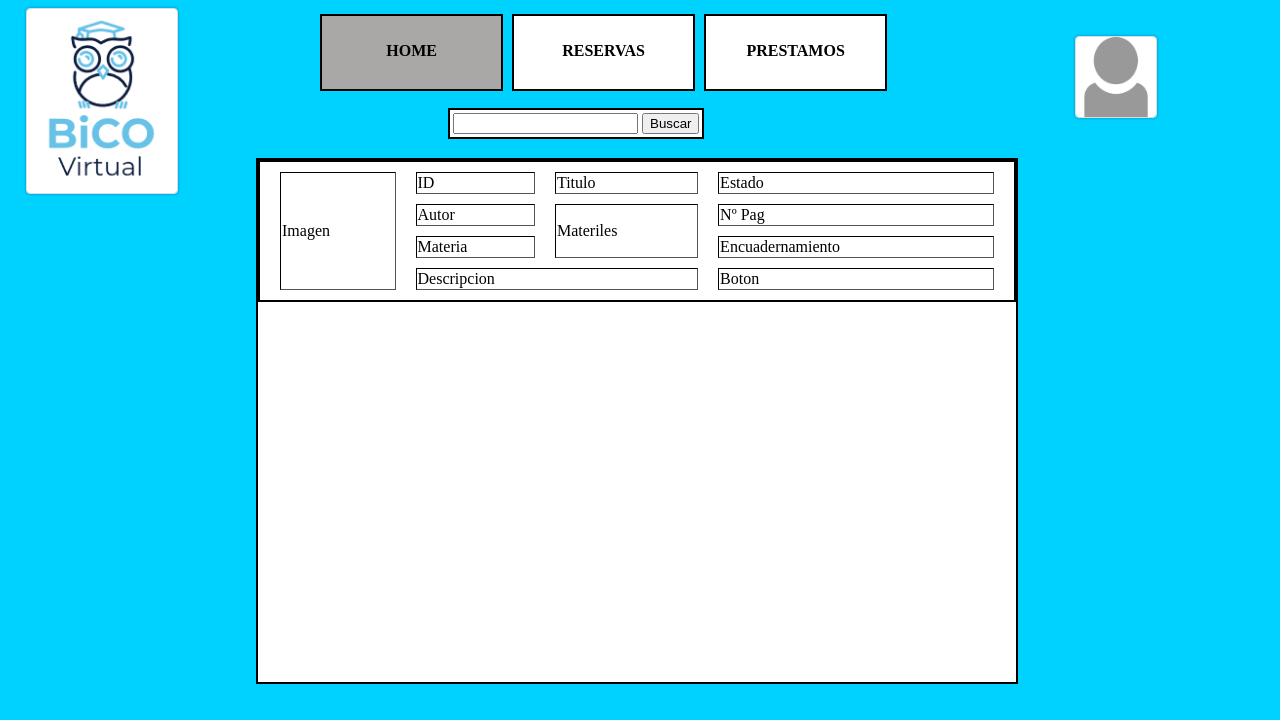
Repository: i72frpeu/IW_Bien
Page: http://localhost/Trabajo_IW/Vistas/Libro.jsp
These files come from the project's save history. The page is drawn as it stood at one moment and after the next save; the edit follows.
The browser window is 1280 px wide. The pictures show the whole page.
The page is served by Tomcat 9. Other server files are loaded and not shown.

Above is the page before, as saved 2020-05-16 18:04:57.

### WorkSpace/Trabajo IW/WebContent/Vistas/Libro.jsp
<%@ page language="java" contentType="text/html; charset=ISO-8859-1" pageEncoding="ISO-8859-1"%>
<%@ include file="../Includes/header.jsp" %>

<!DOCTYPE html>

<html>

<head>
	<meta charset="ISO-8859-1">
	<title>Libro</title>
	<link rel="stylesheet" type="text/css" href="../CSS/header.css">
	<link rel="stylesheet" type="text/css" href="../CSS/wf4.0.css">
</head>

<body>
  <!--Roll de artículos-->

  <div class="buscador">
  	<form>
  		<table>
  		<tr>
  		<td><input type="text" name="buscar" required></td>
  		<td><input type="submit" value="Buscar"></td>
  		</tr>
  		</table>
  	</form>
  </div>

  <div class="div_home">
	<table class = "tablalibro" border = "2px">
		<tr>
			<td rowspan = 4> Imagen </td> <td> ID </td> <td> Titulo </td> <td> Estado </td>
		</tr>
		<tr>
			<td> Autor </td> <td rowspan = 2> Materiles </td> <td> Nº Pag </td>
		</tr>
		<tr>
			<td> Materia </td> <td> Encuadernamiento </td>
		</tr>
		<tr>
			<td colspan = 2> Descripcion </td> <td> Boton </td>
		</tr>
	</table>
  </div>

</body>

</html>

### WorkSpace/Trabajo IW/WebContent/Includes/header.jsp
<!DOCTYPE html>
<html>

<head>
	<meta charset="ISO-8859-1">
</head>

<body>
  <header class="main-header">
    <!--Definimos el logo-->
    <img src="../img/logo.PNG" alt="LOGO" class="logo_home">
    <!--Enlace a HOME-->
	<a href="" class="link_home"><strong>HOME</strong></a>
    <!--Enlace a AMIGOS-->
    <a href="" class="link_amigos"><strong>RESERVAS</strong></a>
    <!--Enlace a BUSCADOR-->
    <a href="" class="link_buscador"><strong>PRESTAMOS</strong></a>
    <!--Definimos imagen usuario-->
    <div>
      <img src="../img/profile-42914_960_720.png" alt="IMG_USER" class="img_user">
      <div class="options_user">
        <form>
        </form>
      </div>
    </div>
  </header>
 </body>
 </html>

### WorkSpace/Trabajo IW/WebContent/CSS/header.css
body
{
	background-color: rgb(0,210,255);
}


/*153x100 pixeles*/
.logo_home
{
	position: fixed;
	left: 2%;
	width: 150px;
	margin-right: 5%;
	border: 1px solid #ddd;
  	border-radius: 4px;
  	box-shadow: 0 0 2px 1px rgba(0, 140, 186, 0.5);
}

.img_user
{
	position: fixed;
	left: 82%;
	top: 5%;
	width: 80px;
	height: 80px;
	margin-left: 2%;
	border: 1px solid #ddd;
  	border-radius: 4px;
  	box-shadow: 0 0 2px 1px rgba(0, 140, 186, 0.5);
}
.options_user
{
	position: fixed;
	top: 18%;
	left: 84%;
}


.link_home
{
	background-color: white;
	border: 2px solid black;
	color: black;
	text-decoration: none;
	padding: 2%;
	left: 25%;
	top:2%;
	width: 10%;
	height: 3%;
	text-align: center;
	position: fixed;
}

.link_amigos
{
	background-color: white;
	border: 2px solid black;
	color: black;
	text-decoration: none;
	padding: 2%;
	left: 40%;
	top:2%;
	width: 10%;
	height: 3%;
	text-align: center;
	position: fixed;
}

.link_buscador
{
	background-color: white;
	border: 2px solid black;
	color: black;
	text-decoration: none;
	padding: 2%;
	left: 55%;
	top:2%;
	width: 10%;
	height: 3%;
	text-align: center;
	position: fixed;
}

.link_foro
{
	background-color: white;
	border: 2px solid black;
	color: black;
	text-decoration: none;
	padding: 2%;
	left: 65%;
	top:2%;
	width: 10%;
	height: 3%;
	text-align: center;
	position: fixed;
}

div.div_lista_amigos
{
	background-color: white;
	border: 2px solid black;
	position: fixed;
	left: 2%;
	top: 40%;
	width: 10%;
	height: 45%;
	padding: 2%;
	overflow: auto;
}

.boton_cir
{
	border-radius: 200px 200px 200px 200px;
	-moz-border-radius: 200px 200px 200px 200px;
	-webkit-border-radius: 200px 200px 200px 200px;
	left: 85%;
	top: 75%;
	width: 100px;
	height: 100px;
	font-size: 80px;
	position: fixed;
	border: 0;
	color: white;
	background-color: rgb(0, 46, 255);
	box-shadow: 0 4px 8px 0 rgba(0, 0, 0, 0.2), 0 6px 20px 0 rgba(0, 0, 0, 0.19);
 }

a.sobre
{
	position: fixed;
	left: 30%;
	top: 96%;
}

a.tecnico
{
	position: fixed;
	left: 60%;
	top: 96%;
}

.div_home
{
	background-color: white;
	border: 2px solid black;
	position: fixed;
	left: 20%;
	right: 20.5%;
	top:22%;
	bottom: 5%;
	color: black;
	overflow: auto;
}

.img_user_2
{
	top: 5px;
	left: 5px;
	height: 50px;
	width: 50px;
	border: 1px solid #ddd;
  	border-radius: 4px;
}
table.uno
{
	border: 2px solid black;
	border-spacing: 20px 10px;

	width: 100%;

}

table.dos
{
	border: 2px solid white;
	border-spacing: 10px;
	width: 100%;

}
.td_user_des
{
	border: 2px solid black;
	width: 100%;
}

.buscador
{
	position: relative;
	top: 2%;
	left: 15%;

}
.q_buscador
{
	width: 60%;
}

### WorkSpace/Trabajo IW/WebContent/CSS/wf4.0.css
.link_home
{
	background-color: rgb(170, 167, 167);
}

div.buscador
{
	background-color: white;
	border: 2px solid black;
	position: fixed;
	top: 15%;
	left: 35%;
}

table.tablalibro
{
	width: 100%;
	border: 2px solid black;
	border-spacing: 20px 10px;
}

After the next save:
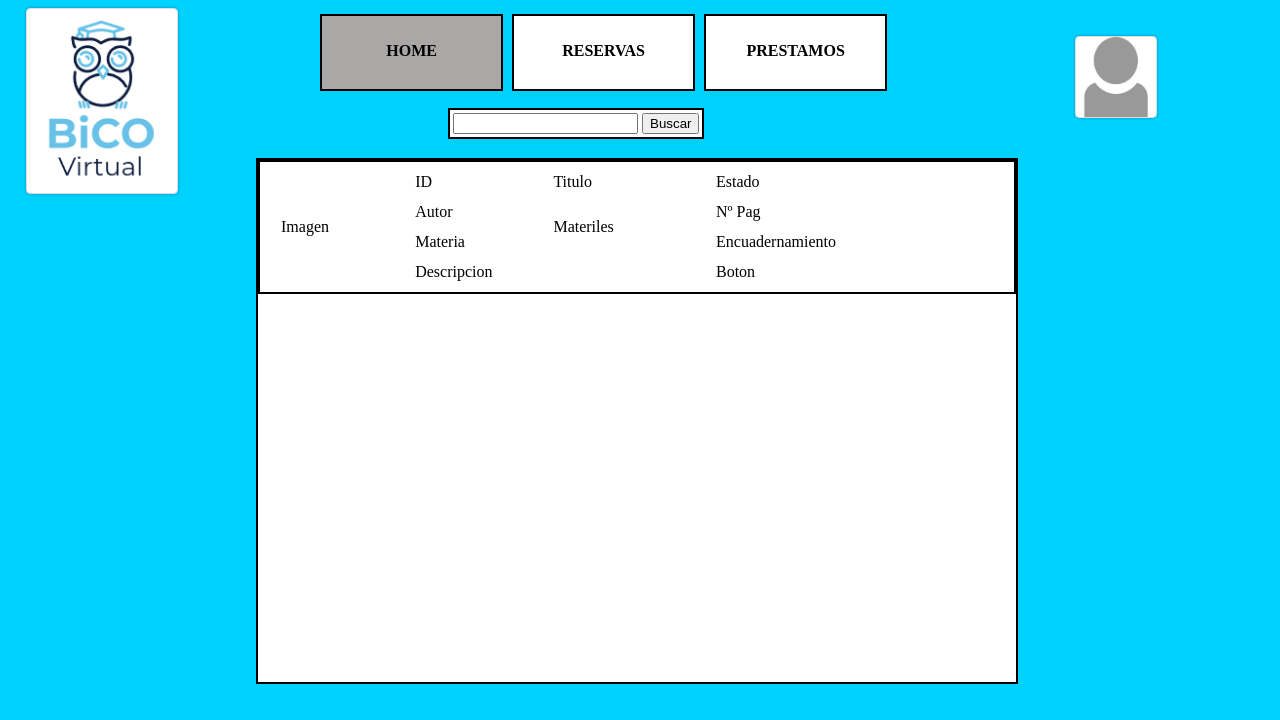
Saved 4 s later.
--- a/WorkSpace/Trabajo IW/WebContent/Vistas/Libro.jsp
+++ b/WorkSpace/Trabajo IW/WebContent/Vistas/Libro.jsp
@@ -27,7 +27,7 @@
   </div>
 
   <div class="div_home">
-	<table class = "tablalibro" border = "2px">
+	<table class = "tablalibro">
 		<tr>
 			<td rowspan = 4> Imagen </td> <td> ID </td> <td> Titulo </td> <td> Estado </td>
 		</tr>
